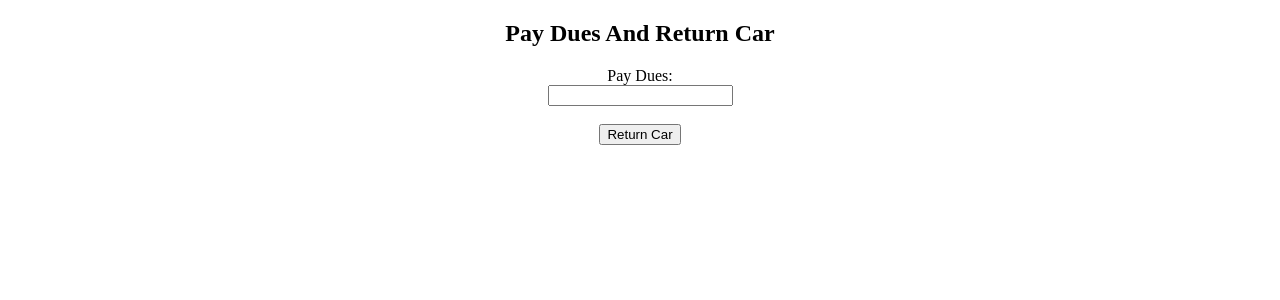
Repository: harsh23012/InfiniteProjects
Page: CarRent/carrent/src/main/webapp/payDues.html
These files come from the project's save history. The page is drawn as it stood at one moment and after the next save; the edit follows.
The browser window is 1280 px wide. The pictures show the whole page.

Above is the page before, as saved 2025-05-05 11:50:16.

After the next save:
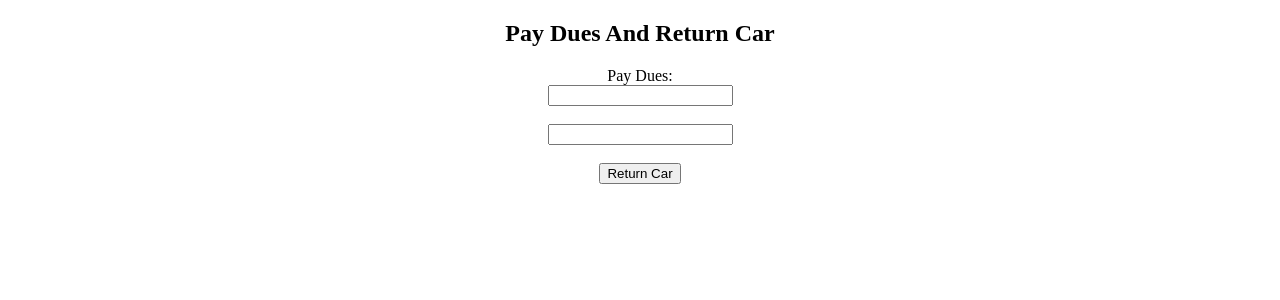
Saved 2 min 4 s later.
--- a/CarRent/carrent/src/main/webapp/payDues.html
+++ b/CarRent/carrent/src/main/webapp/payDues.html
@@ -10,6 +10,7 @@
             <h2>Pay Dues And Return Car</h2>
 
             Pay Dues: <br>
+            <input type="number" name="leaseId" required/><br><br>
             <input type="number" name="duesAmount" required /><br><br>
             <input type="submit" value="Return Car" />
         </center>
